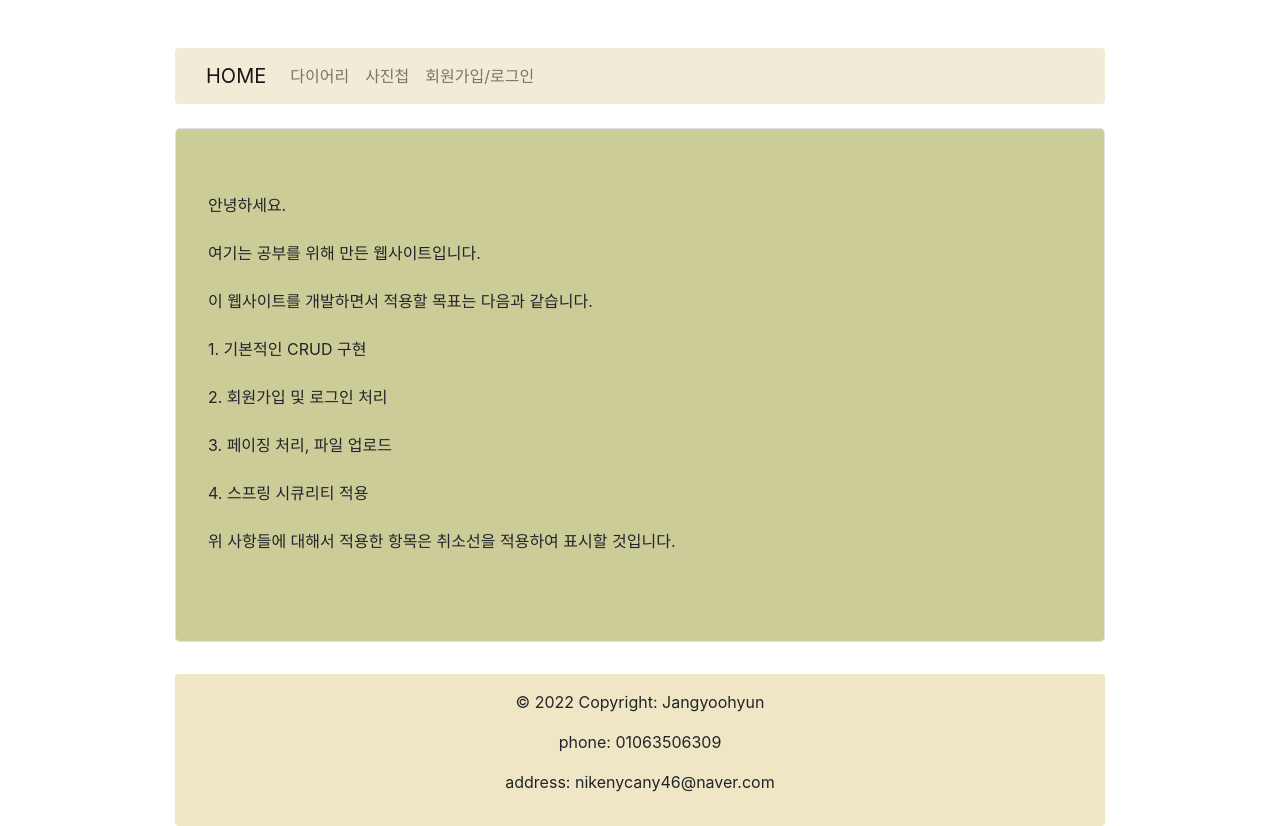
Repository: jangyoohyun/toyProject
Page: http://localhost/toyproject/WEB-INF/views/index.jsp
The author's editor kept a copy of each file at every save. The page is drawn from the files as they stood at one save, then again after the next save.
The browser window is 1280 px wide. The pictures show the whole page.
The page is served by Tomcat 9. Nobody is signed in. Other server files are loaded and not shown. The template is opened directly, without the code that normally fills it, so the values that code supplies are empty.

Above is the page before, as saved 2022-02-26 11:01:17.

### Study/toyproject/src/main/webapp/WEB-INF/views/index.jsp
<%@ page language="java" contentType="text/html; charset=UTF-8"
    pageEncoding="UTF-8"%>

<%@ include file="/WEB-INF/views/layout/header.jsp" %>

		<div class="jumbotron mt-4 border" style="background-color: #CCCC99">
		안녕하세요.<br><br>
		<c:if test="${principal.username != null}">
			${principal.username}님 환영합니다.<br><br>
		</c:if>
		여기는 공부를 위해 만든 웹사이트입니다.<br><br>
		이 웹사이트를 개발하면서 적용할 목표는 다음과 같습니다.<br><br>
		1. 기본적인 CRUD 구현<br><br>
		2. 회원가입 및 로그인 처리<br><br>
		3. 페이징 처리, 파일 업로드<br><br>
		4. 스프링 시큐리티 적용<br><br>
		위 사항들에 대해서 적용한 항목은 취소선을 적용하여 표시할 것입니다.<br><br>
		</div>


<%@ include file="/WEB-INF/views/layout/footer.jsp" %>

### Study/toyproject/src/main/webapp/WEB-INF/views/layout/header.jsp
<%@ page language="java" contentType="text/html; charset=UTF-8"
	pageEncoding="UTF-8"%>
<%@ taglib uri="http://java.sun.com/jsp/jstl/core" prefix="c"%>
<%@ taglib prefix="sec"
	uri="http://www.springframework.org/security/tags"%>
<%@ taglib prefix="fmt" uri="http://java.sun.com/jsp/jstl/fmt"%>

<sec:authorize access="isAuthenticated()">
	<sec:authentication property="principal" var="principal" />
</sec:authorize>

<!DOCTYPE html>
<html>
<head>
<link rel="stylesheet"
	href="https://cdn.jsdelivr.net/npm/bootstrap@4.6.1/dist/css/bootstrap.min.css"
	integrity="sha384-zCbKRCUGaJDkqS1kPbPd7TveP5iyJE0EjAuZQTgFLD2ylzuqKfdKlfG/eSrtxUkn"
	crossorigin="anonymous">
<script src="https://code.jquery.com/jquery-3.6.0.js"
	integrity="sha256-H+K7U5CnXl1h5ywQfKtSj8PCmoN9aaq30gDh27Xc0jk="
	crossorigin="anonymous"></script>

<meta charset="UTF-8">

<title>Insert title here</title>
</head>
<body>
	<div class="container mt-5 w-75">
		<nav class="navbar navbar-expand-lg navbar-light rounded"
			style="background-color: #F2ECD7">
			<div class="container-fluid">
				<a class="navbar-brand" href="<c:url value="/"/>">HOME</a>
				<button class="navbar-toggler" type="button"
					data-bs-toggle="collapse" data-bs-target="#navbarNav"
					aria-controls="navbarNav" aria-expanded="false"
					aria-label="Toggle navigation">
					<span class="navbar-toggler-icon"></span>
				</button>
				<div class="collapse navbar-collapse" id="navbarNav">
					<ul class="navbar-nav">
						<li class="nav-item"><a class="nav-link"
							href="<c:url value="/board?page=0"/>">다이어리</a></li>
						<li class="nav-item"><a class="nav-link"
							href="<c:url value="/photo"/>">사진첩</a></li>
						<c:choose>
							<c:when test="${principal.username == null}">
								<li class="nav-item"><a class="nav-link"
									href="<c:url value="/auth/signInForm"/>">회원가입/로그인</a></li>
							</c:when>
							<c:otherwise>
								<li class="nav-item"><a class="nav-link"
									onclick="return confirm('로그아웃 하시겠습니까?');"
									href="<c:url value="/logout"/>">로그아웃</a></li>
								<li class="nav-item"><a class="nav-link"
									href="<c:url value="/auth/userUpdate"/>">회원정보수정</a></li>
							</c:otherwise>
						</c:choose>

					</ul>
				</div>
			</div>
		</nav>

### Study/toyproject/src/main/webapp/WEB-INF/views/layout/footer.jsp
<%@ page language="java" contentType="text/html; charset=UTF-8"
	pageEncoding="UTF-8"%>


<footer class="text-center text-lg-start rounded" style="background-color: #eee6c4">
	<!-- Copyright -->
	<div class="text-center p-3">
		<p>© 2022 Copyright: Jangyoohyun</p>
		<p>phone: 01063506309</p>
		<p>address: nikenycany46@naver.com</p>
	</div>
	<!-- Copyright -->
</footer>


</div>


<script src="https://cdn.jsdelivr.net/npm/bootstrap@5.1.3/dist/js/bootstrap.bundle.min.js" integrity="sha384-ka7Sk0Gln4gmtz2MlQnikT1wXgYsOg+OMhuP+IlRH9sENBO0LRn5q+8nbTov4+1p" crossorigin="anonymous"></script>
<script src="https://code.jquery.com/jquery-3.6.0.js" integrity="sha256-H+K7U5CnXl1h5ywQfKtSj8PCmoN9aaq30gDh27Xc0jk=" crossorigin="anonymous"></script>


</body>
</html>

After the next save:
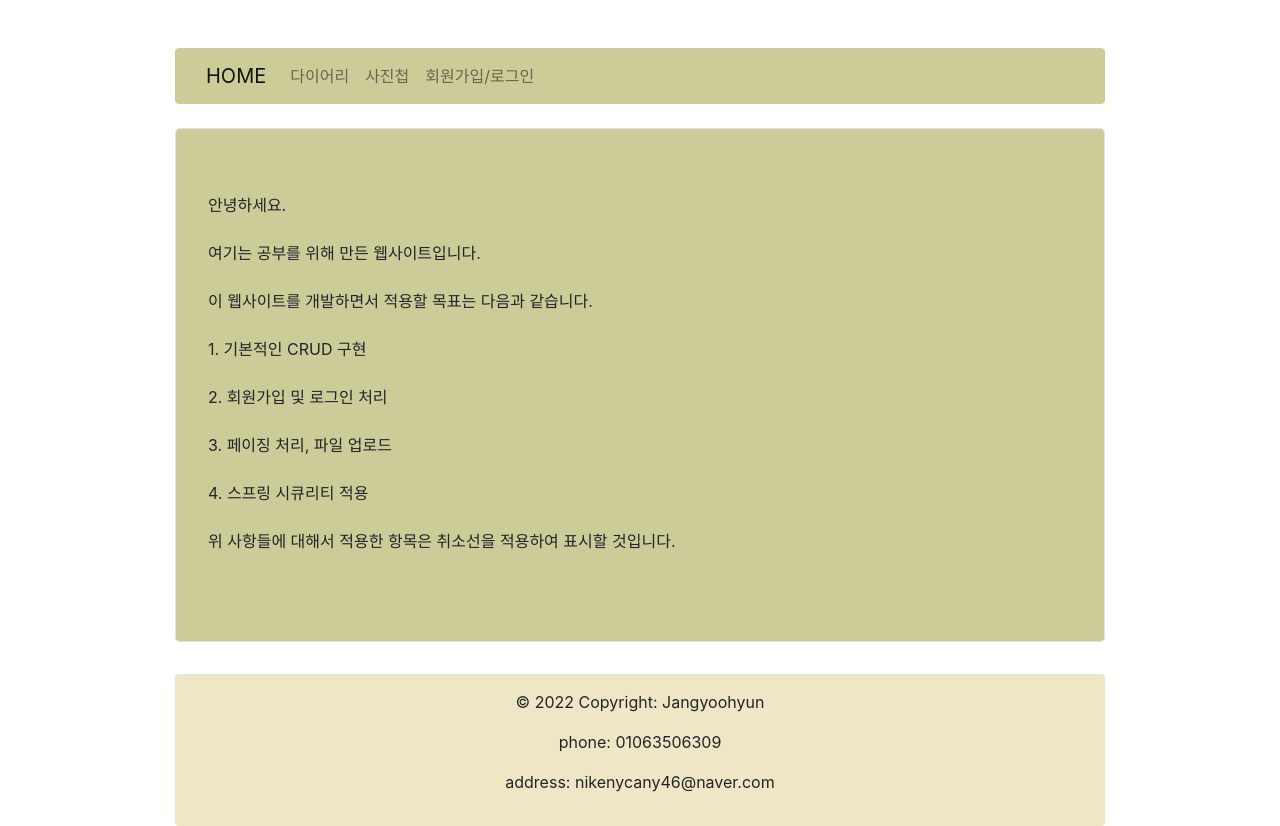
Saved 25 s later.
--- a/Study/toyproject/src/main/webapp/WEB-INF/views/layout/header.jsp
+++ b/Study/toyproject/src/main/webapp/WEB-INF/views/layout/header.jsp
@@ -27,7 +27,7 @@
 <body>
 	<div class="container mt-5 w-75">
 		<nav class="navbar navbar-expand-lg navbar-light rounded"
-			style="background-color: #F2ECD7">
+			style="background-color: #CCCC99">
 			<div class="container-fluid">
 				<a class="navbar-brand" href="<c:url value="/"/>">HOME</a>
 				<button class="navbar-toggler" type="button"
